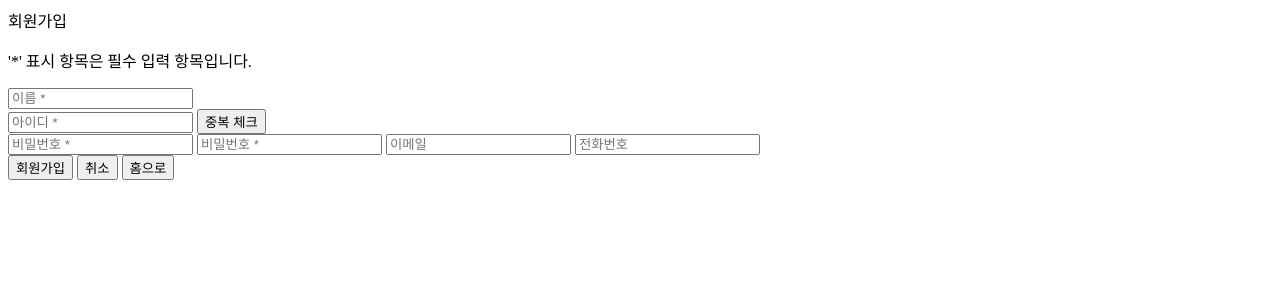
Repository: InhoKang92/jsp_1018
Page: http://localhost/Web_01/update.jsp
These files come from the project's save history. The page is drawn as it stood at one moment and after the next save; the edit follows.
The browser window is 1280 px wide. The pictures show the whole page.
The page is served by Tomcat 9. Other server files are loaded and not shown.

Above is the page before, as saved 2024-10-16 03:50:07.

### Web_01/src/main/webapp/update.jsp
<%@ page language="java" contentType="text/html; charset=UTF-8"
pageEncoding="UTF-8"%>
<%@ taglib uri="http://java.sun.com/jsp/jstl/core" prefix="c"%>
<!DOCTYPE html>
<html>
<head>
<meta charset="UTF-8">

<script type="text/javascript" src="script/member.js"></script>

<title>Insert title here</title>
</head>
<body>

<form method="post" name="frm" action="ModernServlet">
      	<input type="hidden" name="command" value="mdh_join">
        <div class="join_box">
            <div class="title_box">회원가입</div>
            <p class="mand">'*' 표시 항목은 필수 입력 항목입니다.</p>
            <div class="input_box">
            	<input class="name_input" type="text" placeholder="이름 *" name="username">

                <div>
                	<input class="id_input" type="text" placeholder="아이디 *" name="userid">
                	<input type="hidden" name="reid" size="20">
                	<input class="idcheck_btn" type="button" value="중복 체크" onclick="idCheck()">
                </div>

                <input class="pw_input" type="password" placeholder="비밀번호 *" name="pwd">
                <input class="pw_check_input" type="password" placeholder="비밀번호 *" name="pwd_check">
                <input class="email_input" type="text" placeholder="이메일" name="email">
            	<input class="phone_input" type="text" placeholder="전화번호" name="phone">
            </div>
            <div class="button_box">
            	<input type="submit" class="join_btn" value="회원가입" onclick="return joinCheck()">
            	<input type="reset" class="reset_btn" value="취소">
            	<input type="button" class="home_btn" value="홈으로" onclick="location.href='ModernServlet?command=mdh_index'">
            </div>


        </div>
      </form>

</body>
</html>

### Web_01/src/main/webapp/script/member.js

function loginCheck() {
	if (document.frm.userid.value.length == 0) {
		alert("아이디를 써주세요");
		frm.userid.focus();
		return false;
	}
	if (document.frm.pwd.value == "") {
		alert("암호는 반드시 입력해야 합니다.");
		frm.pwd.focus();
		return false;
	}
	return true;
}

function idCheck() {
	if (document.frm.userid.value == "") {
		alert('아이디를 입력하여 주십시오.');
		document.frm.userid.focus();
		return;
	}
	var url = "ModernServlet?command=mdh_idcheck&userid=" + document.frm.userid.value;
	window.open(url, "_blank_1", "toolbar=no, menubar=no, scrollbars=yes, resizable=no, width=450, height=200");
}

function idok(userid) {
	opener.frm.userid.value = document.frm.userid.value;
	opener.frm.reid.value = document.frm.userid.value;
	self.close();
}

function joinCheck() {
	if (document.frm.username.value.length == 0) {
		alert("이름을 써주세요.");
		frm.username.focus();
		return false;
	}
	if (document.frm.userid.value.length == 0) {
		alert("아이디를 써주세요");
		frm.userid.focus();
		return false;
	}
	if (document.frm.userid.value.length < 4) {
		alert("아이디는 4글자이상이어야 합니다.");
		frm.userid.focus();
		return false;
	}
	if (document.frm.pwd.value == "") {
		alert("암호는 반드시 입력해야 합니다.");
		frm.pwd.focus();
		return false;
	}
	if (document.frm.pwd.value != document.frm.pwd_check.value) {
		alert("암호가 일치하지 않습니다.");
		frm.pwd.focus();
		return false;
	}
	if (document.frm.reid.value.length == 0) {
		alert("중복 체크를 하지 않았습니다.");
		frm.userid.focus();
		return false;
	}
	return true;
}

After the next save:
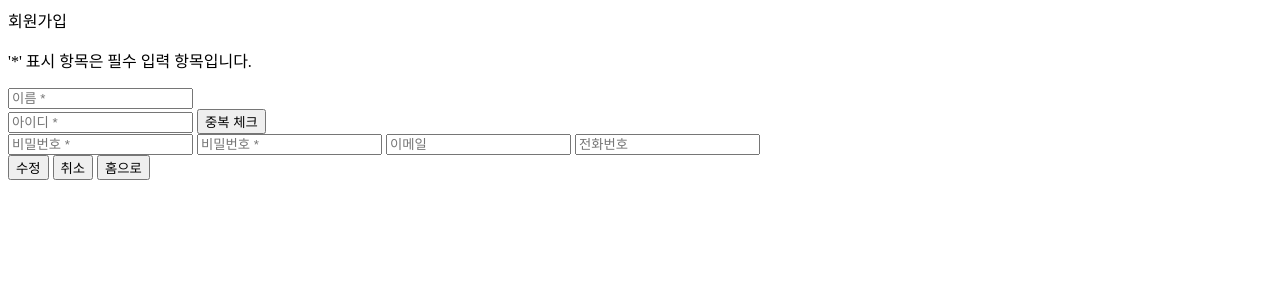
Saved 21 s later.
--- a/Web_01/src/main/webapp/update.jsp
+++ b/Web_01/src/main/webapp/update.jsp
@@ -32,7 +32,7 @@ pageEncoding="UTF-8"%>
             	<input class="phone_input" type="text" placeholder="전화번호" name="phone">
             </div>
             <div class="button_box">
-            	<input type="submit" class="join_btn" value="회원가입" onclick="return joinCheck()">
+            	<input type="submit" class="join_btn" value="수정" onclick="return joinCheck()">
             	<input type="reset" class="reset_btn" value="취소">
             	<input type="button" class="home_btn" value="홈으로" onclick="location.href='ModernServlet?command=mdh_index'">
             </div>
